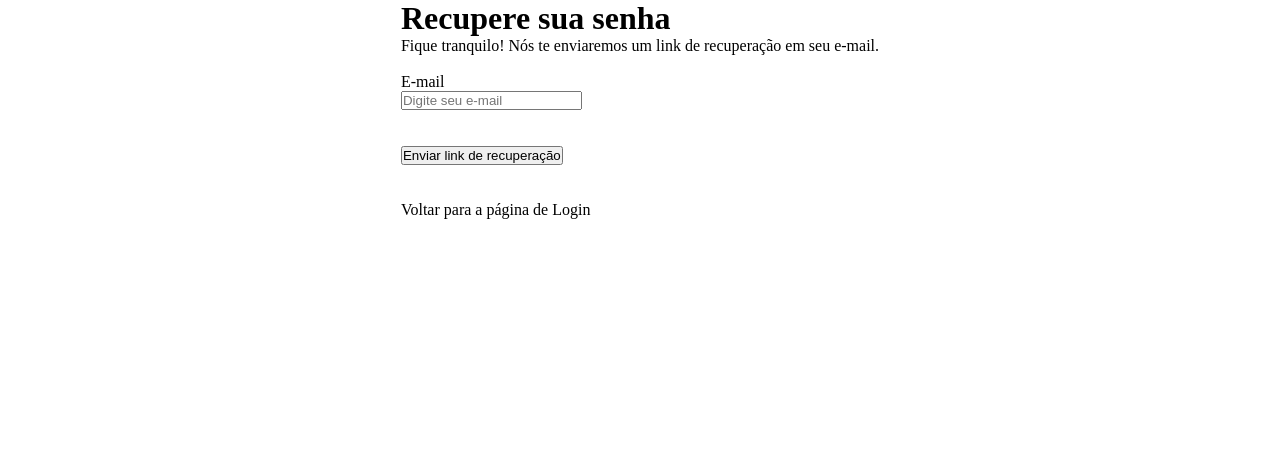
Repository: RenatoCCS/formularios
Page: senha.html
An editor plug-in stored every save of this project. The page is shown before and after the next save, followed by the edit.
The browser window is 1280 px wide. The pictures show the whole page.

Above is the page before, as saved 2023-03-27 20:33:10.

### senha.html
<!DOCTYPE html>
<html lang="pt-br">
  <head>
    <meta charset="UTF-8" />
    <meta http-equiv="X-UA-Compatible" content="IE=edge" />
    <meta name="viewport" content="width=device-width, initial-scale=1.0" />
    <link rel="stylesheet" href="style.css" />
    <title>Recupere sua senha</title>
  </head>
  <body class="container">
    <form action="" class="form__Login">
      <div>
        <h1 class="form__Senha__Titulo">Recupere sua senha</h1>
      </div>

      <div>
        <p>
          Fique tranquilo! Nós te enviaremos um link de recuperação em seu
          e-mail.
        </p>
      </div>
      <br />

      <div>
        <label for="email">E-mail</label>
        <br />
        <input
          id="email"
          type="email"
          name="email"
          placeholder="Digite seu e-mail"
        />
      </div>
      <br /><br />

      <div>
        <button type="submit">Enviar link de recuperação</button>
      </div>
      <br /><br />

      <div>
        <p>Voltar para a página de Login</p>
      </div>
    </form>
  </body>
</html>

### style.css
@import url('https://fonts.googleapis.com/css2?family= Roboto :wght@400;500;700 & display=swap');

* {
  margin: 0;
  padding: 0;
}

:root {
  --primeira-cor: #3f3d56;
  --segunda-cor: #323730;
  --terceira-cor: #abb3a8;
  --quarta-cor: #ffffff;
  --quinta-cor: #3f3f40;
  --sexta-cor: #da2a41;

  --fonte-primaria: 'Roboto', sans-serif;
}

.container {
  display: flex;
  justify-content: center;
}

.form__Cadastro__Titulo {
  position: absolute;
  width: 302px;
  height: 43px;
  left: 569px;
  top: 68px;
  color: var(--primeira-cor);
  font-family: var(--fonte-primaria);
  font-style: normal;
  font-weight: 700;
  font-size: 17px; /*o indicado é 37px, mas se manter quebra a linha*/
  line-height: 43px;
  text-align: center;
}

.nome__Cadastro {
  position: absolute;
  width: 396px;
  height: 69px;
  top: 139px;
  left: 522px;
}

.nome__Cadastro__Nomecompleto {
  position: absolute;
  width: 100px;
  height: 24px;
  top: -6px;
  left: 0px;
  color: var(--segunda-cor);
  font-family: var(--fonte-primaria);
  font-style: normal;
  font-weight: 400;
  font-size: 14px;
  line-height: 24px;
}

.nome__Cadastro__Campo {
  position: absolute;
  width: 163px;
  height: 24px;
  top: 34px;
  left: 14px;
  color: var(--terceira-cor);
  font-family: var(--fonte-primaria);
  font-style: normal;
  font-weight: 400;
  font-size: 14px;
  line-height: 24px;
  padding: 12px 219px 11px 14px;
}

.nome__Cadastro__Campo {
  box-sizing: border-box;
  border: 1px solid;
  position: absolute;
  width: 396px;
  height: 47px;
  top: 22px;
  left: 0%;
  right: 0%;
  top: 31.88%;
  bottom: 0%;
  color: var(--terceira-cor);
  background-color: var(--quarta-cor);
}

.data__Cadastro {
  position: absolute;
  width: 170px;
  height: 74px;
  left: 522px;
  top: 232px;
}

.data__Cadastro__Nascimento {
  position: absolute;
  width: 127px;
  height: 18px;
  top: -2px;
  left: 0px;
  color: var(--quinta-cor);
  font-family: var(--fonte-primaria);
  font-style: normal;
  font-weight: 400;
  font-size: 14px;
  line-height: 24px;
  display: flex;
  align-items: center;
}

.data__Cadastro__Calendario {
  position: absolute;
  width: 83px;
  height: 24px;
  top: 12px;
  left: 14px;
  color: var(--terceira-cor);
  font-family: var(--fonte-primaria);
  font-style: normal;
  font-weight: 400;
  font-size: 14px;
  line-height: 24px;
  display: flex;
  align-items: center;
  padding: 12px 0px 11px 14px;
}

.data__Cadastro__Calendario {
  box-sizing: border-box;
  border: 1px solid;
  position: absolute;
  width: 170px;
  height: 47px;
  top: 22px;
  left: 0%;
  right: 0%;
  top: 31.88%;
  bottom: 0%;
  color: var(--terceira-cor);
  background-color: var(--quarta-cor);
}

.pais__Cadastro {
  position: absolute;
  width: 208px;
  height: 69px;
  top: 230px;
  left: 710px;
}

.pais__Cadastro__Pais {
  position: absolute;
  width: 34px;
  height: 15px;
  top: -2px;
  left: 0px;
  color: var(--segunda-cor);
  font-family: var(--fonte-primaria);
  font-style: normal;
  font-weight: 400;
  font-size: 14px;
  line-height: 24px;
}

.pais__Cadastro__Vermelho {
  position: absolute;
  width: 34px;
  height: 15px;
  top: -2px;
  left: 30px;
  color: var(--sexta-cor);
  font-family: var(--fonte-primaria);
  font-style: normal;
  font-weight: 400;
  font-size: 14px;
  line-height: 24px;
}

.pais__Cadastro__Campo {
  position: absolute;
  width: 66px;
  height: 24px;
  top: 34px;
  left: 14px;
  color: var(--terceira-cor);
  font-family: var(--fonte-primaria);
  font-style: normal;
  font-weight: 400;
  font-size: 14px;
  line-height: 24px;
  padding: 12px 11px 14px;
}

.pais__Cadastro__Campo {
  box-sizing: border-box;
  border: 1px solid;
  position: absolute;
  width: 208px;
  height: 47px;
  top: 24px;
  left: 0%;
  right: 0%;
  top: 31, 88%;
  bottom: 0%;
  color: var(--terceira-cor);
  background-color: var(--quarta-cor);
}

.pais__Cadastro__Campo option {
  position: absolute;
  color: var(--segunda-cor);
  font-family: var(--fonte-primaria);
  font-style: normal;
  font-weight: 400;
  font-size: 14px;
  line-height: 16px;
}

.pais__Cadastro__Seta {
  position: absolute;
  width: 12px;
  height: 6px;
  top: 45px;
  left: 193px;
}

.genero__Cadastro {
  position: absolute;
  width: 386px;
  height: 50px;
  top: 328px;
  left: 522px;
}

.genero__Cadastro__Titulo {
  position: absolute;
  width: 49px;
  height: 24px;
  top: -2px;
  left: 0px;
  color: var(--segunda-cor);
  font-family: var(--fonte-primaria);
  font-style: normal;
  font-weight: 400;
  font-size: 14px;
  line-height: 24px;
}

.genero__Cadastro__Botao1 {
  position: absolute;
  box-sizing: border-box;
  width: 18px;
  height: 18px;
  top: 32px;
  left: 0px;
}

.genero__Cadastro__Feminino {
  position: absolute;
  width: 58px;
  height: 16px;
  top: 32px;
  left: 24px;
  color: var(--segunda-cor);
  font-family: var(--fonte-primaria);
  font-style: normal;
  font-weight: 400;
  font-size: 14px;
  line-height: 16px;
}

.genero__Cadastro__Botao2 {
  position: absolute;
  box-sizing: border-box;
  width: 18px;
  height: 18px;
  top: 32px;
  left: 137px;
}

.genero__Cadastro__Masculino {
  position: absolute;
  width: 65px;
  height: 16px;
  top: 32px;
  left: 161px;
  color: var(--segunda-cor);
  font-family: var(--fonte-primaria);
  font-style: normal;
  font-weight: 400;
  font-size: 14px;
  line-height: 16px;
}

.genero__Cadastro__Botao3 {
  position: absolute;
  box-sizing: border-box;
  width: 18px;
  height: 18px;
  top: 32px;
  left: 282px;
}

.genero__Cadastro__Naodeclarar {
  position: absolute;
  width: 81px;
  height: 16px;
  top: 32px;
  left: 306px;
  color: var(--segunda-cor);
  font-family: var(--fonte-primaria);
  font-style: normal;
  font-weight: 400;
  font-size: 14px;
  line-height: 16px;
}

.email__Cadastro {
  position: absolute;
  width: 396px;
  height: 69px;
  top: 406px;
  left: 522px;
}

.email__Cadastro__Titulo {
  position: absolute;
  width: 40px;
  height: 24px;
  top: -4px;
  left: 0px;
  color: var(--segunda-cor);
  font-family: var(--fonte-primaria);
  font-style: normal;
  font-weight: 400;
  font-size: 14px;
  line-height: 24px;
}

.email__Cadastro__Campo {
  position: absolute;
  width: 104px;
  height: 24px;
  top: 34px;
  left: 14px;
  color: var(--terceira-cor);
  font-family: var(--fonte-primaria);
  font-style: normal;
  font-weight: 400;
  font-size: 14px;
  line-height: 24px;
  padding: 12px 270px 11px 14px;
}

.email__Cadastro__Campo {
  box-sizing: border-box;
  border: 1px solid;
  position: absolute;
  width: 396px;
  height: 47px;
  top: 22px;
  left: 0%;
  right: 0%;
  top: 31.88%;
  bottom: 0%;
  color: var(--terceira-cor);
  background-color: var(--quarta-cor);
}

.senha__Cadastro {
  position: absolute;
  width: 396px;
  height: 75px;
  top: 497px;
  left: 522px;
}

.senha__Cadastro__Titulo {
  position: absolute;
  width: 39px;
  height: 24px;
  top: -4px;
  left: 0px;
  color: var(--segunda-cor);
  font-family: var(--fonte-primaria);
  font-style: normal;
  font-weight: 400;
  font-size: 14px;
  line-height: 24px;
}

.senha__Cadastro__Campo {
  position: absolute;
  width: 97px;
  height: 24px;
  top: 34px;
  left: 14px;
  color: var(--terceira-cor);
  font-family: var(--fonte-primaria);
  font-style: normal;
  font-weight: 400;
  font-size: 14px;
  line-height: 24px;
  padding: 12px 278px 11px 14px;
}

.senha__Cadastro__Campo {
  box-sizing: border-box;
  border: 1px solid;
  position: absolute;
  width: 396px;
  height: 47px;
  top: 22px;
  left: 0%;
  right: 0%;
  top: 31.88%;
  bottom: 0%;
  color: var(--terceira-cor);
  background-color: var(--quarta-cor);
}

.confirma__Cadastro {
  position: absolute;
  width: 396px;
  height: 75px;
  top: 594px;
  left: 522px;
}

.confirma__Cadastro__Titulo {
  position: absolute;
  width: 126px;
  height: 24px;
  top: -4px;
  left: 0px;
  color: var(--segunda-cor);
  font-family: var(--fonte-primaria);
  font-style: normal;
  font-weight: 400;
  font-size: 14px;
  line-height: 24px;
}

.confirma__Cadastro__Campo {
  position: absolute;
  width: 104px;
  height: 24px;
  top: 34px;
  left: 14px;
  color: var(--terceira-cor);
  font-family: var(--fonte-primaria);
  font-style: normal;
  font-weight: 400;
  font-size: 14px;
  line-height: 24px;
  padding: 12px 276px 11px 14px;
}

.confirma__Cadastro__Campo {
  box-sizing: border-box;
  border: 1px solid;
  position: absolute;
  width: 396px;
  height: 47px;
  top: 22px;
  left: 0%;
  right: 0%;
  top: 31.88%;
  bottom: 0%;
  color: var(--terceira-cor);
  background-color: var(--quarta-cor);
}

.termo__Cadastro {
  position: absolute;
  width: 396px;
  height: 34px;
  top: 697px;
  left: 522px;
}

.termo__Cadastro__Botao {
  position: absolute;
  width: 18px;
  height: 18px;
  top: 0px;
  left: 0px;
  color: var(--segunda-cor);
  font-family: var(--fonte-primaria);
  font-style: normal;
  font-weight: 400;
  font-size: 14px;
  line-height: 24px;
}

.termo__Cadastro__Texto {
  position: absolute;
  width: 368px;
  height: 34px;
  top: -3px;
  left: 30px;
  color: var(--segunda-cor);
  font-family: var(--fonte-primaria);
  font-style: normal;
  font-weight: 400;
  font-size: 14px;
  line-height: 130%;
}

.botao__Cadastro {
  position: absolute;
  width: 396px;
  height: 47px;
  top: 759px;
  left: 522px;
}

.botao__Cadastro__Cadastrar {
  box-sizing: border-box;
  border: 1px solid;
  border-radius: 5px;
  position: absolute;
  width: 396px;
  height: 47px;
  top: 0px;
  background-color: var(--primeira-cor);
}

.botao__Cadastro__Cadastrar {
  color: var(--quarta-cor);
  font-family: var(--fonte-primaria);
  font-style: normal;
  font-weight: 500;
  font-size: 16px;
  line-height: 19px;
  text-align: center;
}

.pergunta__Cadastro {
  position: absolute;
  width: 300px;
  height: 16px;
  top: 834px;
  left: 572px;
  color: var(--segunda-cor);
  font-family: var(--fonte-primaria);
  font-style: normal;
  font-weight: 400;
  font-size: 14px;
  line-height: 16px;
}

/*Inicio da parte Login*/

.form__Login__Titulo {
  position: absolute;
  width: 300px; /*O indicado era 240*/
  height: 43px;
  top: 68px;
  left: 601px;
  color: var(--primeira-cor);
  font-family: var(--fonte-primaria);
  font-style: normal;
  font-weight: 700;
  font-size: 37px;
  line-height: 43px;
  text-align: center;
}

.email__Login {
  position: absolute;
  width: 515px;
  height: 69px;
  top: 142px;
  left: 480px;
}

.email__Login__Titulo {
  position: absolute;
  width: 478px;
  height: 16px;
  top: 0px;
  left: 0px;
  color: var(--segunda-cor);
  font-family: var(--fonte-primaria);
  font-style: normal;
  font-weight: 400;
  font-size: 14px;
  line-height: 16px;
}

.email__Login__Campo {
  position: absolute;
  width: 104px;
  height: 16px;
  top: 38px;
  left: 17px;
  color: var(--terceira-cor);
  font-family: var(--fonte-primaria);
  font-style: normal;
  font-weight: 400;
  font-size: 14px;
  line-height: 16px;
  padding: 16px 390px 15px 17px;
}

.email__Login__Campo {
  box-sizing: border-box;
  border: 1px solid;
  position: absolute;
  width: 515px;
  height: 47px;
  top: 22px;
  left: 0%;
  right: 0%;
  top: 31.88%;
  bottom: 0%;
  color: var(--terceira-cor);
  background-color: var(--quarta-cor);
}

.senha__Login {
  position: absolute;
  width: 515px;
  height: 69px;
  top: 250px;
  left: 480px;
}

.senha__Login__Titulo {
  position: absolute;
  width: 39px;
  height: 16px;
  top: 0px;
  left: 0px;
  color: var(--segunda-cor);
  font-family: var(--fonte-primaria);
  font-style: normal;
  font-weight: 400;
  font-size: 14px;
  line-height: 16px;
}

.senha__Login__Campo {
  position: absolute;
  width: 97px;
  height: 16px;
  top: 288px;
  left: 480px;
  color: var(--terceira-cor);
  font-family: var(--fonte-primaria);
  font-style: normal;
  font-weight: 400;
  font-size: 14px;
  line-height: 16px;
  padding: 16px 390px 15px 17px;
}

.senha__Login__Campo {
  box-sizing: border-box;
  border: 1px solid;
  position: absolute;
  width: 515px;
  height: 47px;
  top: 22px;
  left: 0%;
  right: 0%;
  top: 31.88%;
  bottom: 0%;
  color: var(--terceira-cor);
  background-color: var(--quarta-cor);
}

.conectado__Login__Botao {
  position: absolute;
  width: 18px;
  height: 18px;
  top: 345px;
  left: 480px;
}

.conectado__Login__Texto {
  position: absolute;
  width: 165px;
  height: 16px;
  top: 346px;
  left: 510px;
  color: var(--segunda-cor);
  font-family: var(--fonte-primaria);
  font-style: normal;
  font-weight: 400;
  font-size: 14px;
  line-height: 16px;
}

.conectado__Login__Senha {
  position: absolute;
  width: 150px;
  height: 16px;
  top: 346px;
  left: 844px;
  color: var();
  font-family: var(--fonte-primaria);
  font-style: normal;
  font-weight: 400;
  font-size: 14px;
  line-height: 16px;
}

.botao__Login {
  position: absolute;
  width: 514px;
  height: 47px;
  top: 393px;
  left: 480px;
}

.botao__Entrar__Login {
  position: absolute;
  width: 43px;
  height: 19px;
  top: 14px;
  left: 236px;
  color: var(--quarta-cor);
  font-family: var(--fonte-primaria);
  font-style: normal;
  font-weight: 500;
  font-size: 16px;
  line-height: 19px;
}

.botao__Entrar__Login {
  box-sizing: border-box;
  border: 1px solid;
  position: absolute;
  width: 514px;
  height: 47px;
  top: 22px;
  left: 0%;
  right: 0%;
  top: 0%;
  bottom: 0%;
  color: var(--quarta-cor);
  background-color: var(--primeira-cor);
}

.semConta__Login____Frase {
  position: absolute;
  width: 255px;
  height: 16px;
  top: 472px;
  left: 596px;
  color: var(--segunda-cor);
  font-family: var(--fonte-primaria);
  font-style: normal;
  font-weight: 400;
  font-size: 14px;
  line-height: 16px;
}

/*Inicio da parte de recupere a senha*/

. {
  position: absolute;
  width: 514px;
  height: 47px;
  top: 393px;
  left: 480px;
}

After the next save:
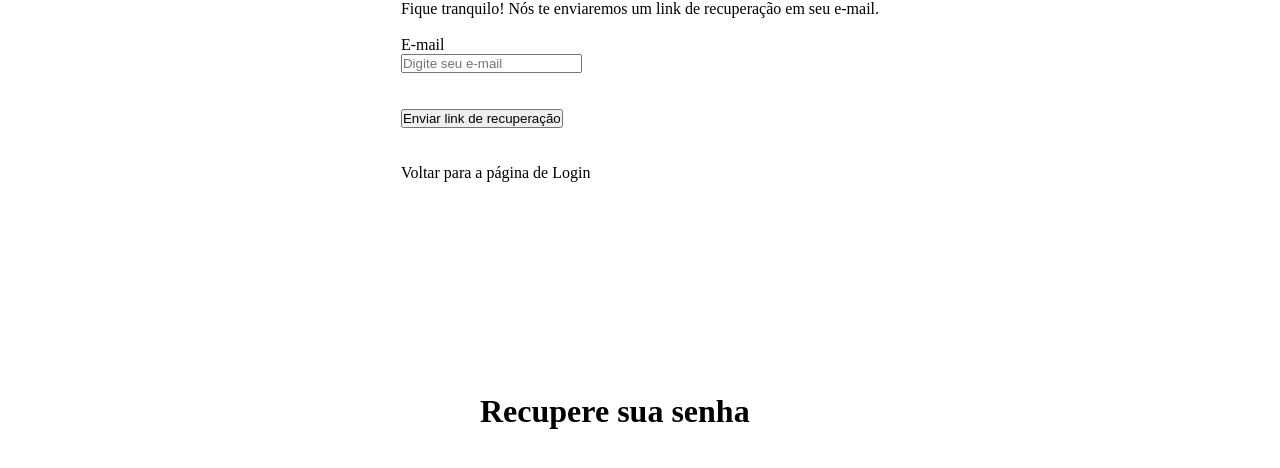
Saved 11 s later.
--- a/style.css
+++ b/style.css
@@ -764,7 +764,7 @@
 
 /*Inicio da parte de recupere a senha*/
 
-. {
+.form__Senha__Titulo {
   position: absolute;
   width: 514px;
   height: 47px;
